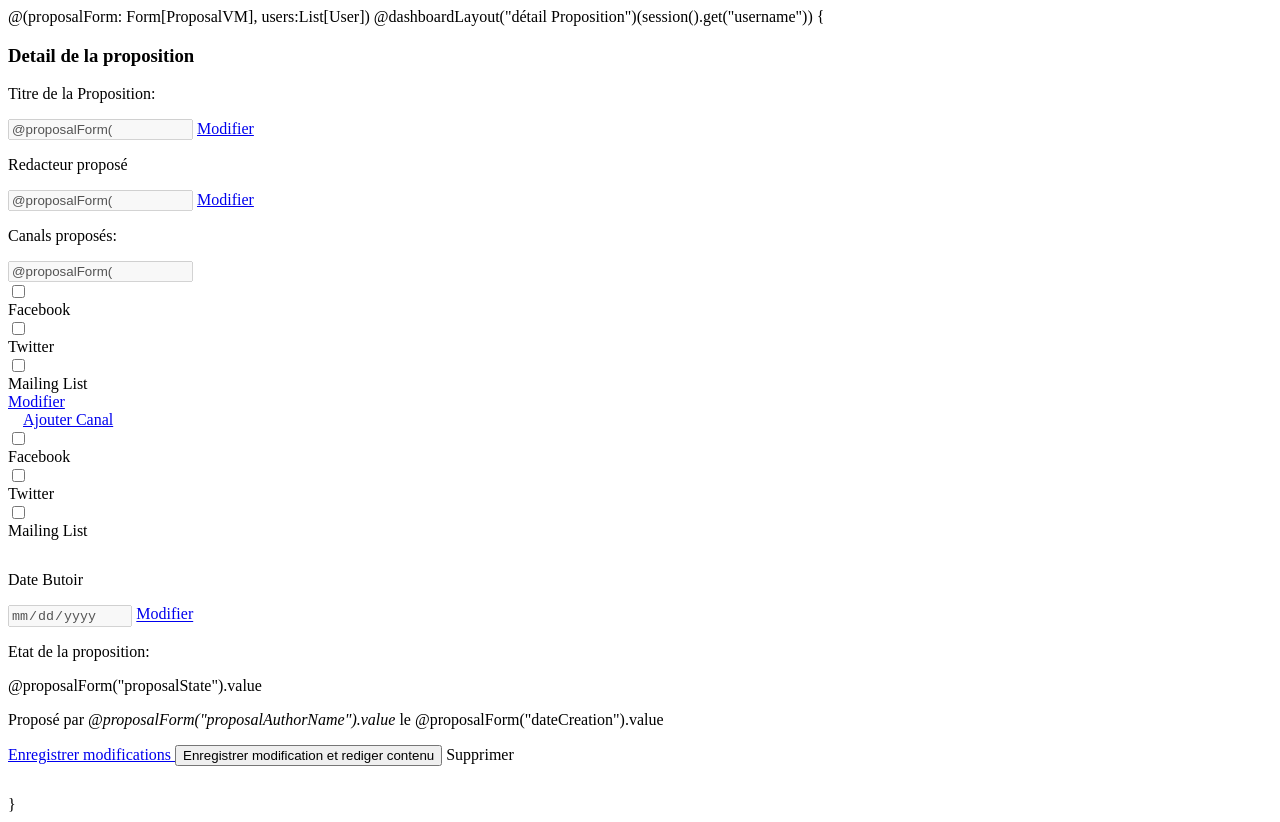
Repository: spirale-software/labo_master
Page: Application/oneDotCom/app/views/proposalDetail.scala.html
An editor plug-in stored every save of this project. The page is shown before and after the next save, followed by the edit.
The browser window is 1280 px wide. The pictures show the whole page.

Above is the page before, as saved 2017-04-11 19:53:03.

### Application/oneDotCom/app/views/proposalDetail.scala.html
@(proposalForm: Form[ProposalVM], users:List[User])

@dashboardLayout("détail Proposition")(session().get("username")) {
	<meta content="text/html; charset=UTF-8" http-equiv="Content-Type">

	<form action="@routes.ProposalController.editProposalAction" method="post">

	 <div class="panel panel-default detail-proposal-style">
                <div class="panel-heading">
                    <h3 class="panel-title">Detail de la proposition</h3>
                </div>
                <div class="panel-body">
                    <div class="panel panel-default" style="margin-top: 10px">
                        <div class="panel-body">
                            <p class="col-lg-3 col-md-3 ">Titre de la Proposition: </p>
                            <input type="text" class="col-lg-6 col-md-6" id="titleId" disabled
                            	value="@proposalForm("proposalName").value"  name="@proposalForm("proposalName").name">
                            <a class="col-lg-3 col-md-3 " href="#" onclick ="enabledTitleEdition()">Modifier</a>
                        </div>
                    </div>

                    <div class="panel panel-default">
                        <div class="panel-body">

                        	<p class="col-lg-3 col-md-3 ">Redacteur proposé </p>
                            <input type="text" class="col-lg-6 col-md-6" id="writerId" disabled
                            	value = "@proposalForm("proposedWriter").value"  name = "@proposalForm("proposedWriter").name">
                            <a class="col-lg-3 col-md-3 " href="#" onclick ="enabledWriterEdition()">Modifier</a>

                        </div>
                    </div>


                    <div class="panel panel-default">
                        <div class="panel-body">

                        	<p class="col-lg-3 col-md-3 ">Canals proposés: </p>
                            <input type="text" class="col-lg-6 col-md-6" id="channelsId" disabled
                            	value="@proposalForm("proposedChannels").value"  name="@proposalForm("proposedChannels").name">


                            <div class="row proposal-collapse col-lg-6 col-md-6 hidden" id="listChannels">

							    <div class="input-group">
							      <span class="input-group-addon">
							        <input type="checkbox"
							        	value="@proposalForm("facebookProposed").value"  name="@proposalForm("facebookProposed").name">
							      </span>
							      <div class=" form-control well well-sm">Facebook</div>
							    </div><!-- /input-group -->

							    <div class="input-group">
							      <span class="input-group-addon">
							        <input type="checkbox"
							        	value="@proposalForm("twitterProposed").value"  name="@proposalForm("twitterProposed").name">
							      </span>
							      <div class=" form-control well well-sm">Twitter</div>
							    </div><!-- /input-group -->

							    <div class="input-group">
							      <span class="input-group-addon">
							        <input type="checkbox"
							        	value="@proposalForm("mailingListProposed").value"  name="@proposalForm("mailingListProposed").name">
							      </span>
							      <div class=" form-control well well-sm">Mailing List</div>
							    </div><!-- /input-group -->

							</div><!-- /.row -->

                            <a class="col-lg-3 col-md-3" href="#" onclick ="enabledChannelsEdition()">Modifier</a>

                        </div>
                    </div>


                    <div class="panel panel-default">
                        <div class="panel-body" style="padding-bottom:15px">

                        	<a  role="button" data-toggle="collapse" href="#collapseExample" aria-expanded="false"
                        		aria-controls="collapseExample" style="margin-left:15px;">
  								Ajouter Canal
							</a>

							<div class="collapse" id="collapseExample">

  								<div class="input-group">
							      <span class="input-group-addon">
							        <input type="checkbox"
							        	value="@proposalForm("facebookAdded").value"  name="@proposalForm("facebookAdded").name">
							      </span>
							      <div class=" form-control well well-sm">Facebook</div>
							    </div><!-- /input-group -->

							    <div class="input-group">
							      <span class="input-group-addon">
							        <input type="checkbox"
							        	value="@proposalForm("twitterAdded").value"  name="@proposalForm("twitterAdded").name" >
							      </span>
							      <div class=" form-control well well-sm">Twitter</div>
							    </div><!-- /input-group -->

							    <div class="input-group">
							      <span class="input-group-addon">
							        <input type="checkbox"
							        	value="@proposalForm("mailingListAdded").value"  name="@proposalForm("mailingListAdded").name">
							      </span>
							      <div class=" form-control well well-sm">Mailing List</div>
							    </div><!-- /input-group -->
							</div>

                        </div>
                    </div>



                    <div class="panel panel-default">
                        <div class="panel-body">
                            <p class="col-lg-3 col-md-3 ">Date Butoir </p>
                            <input type="date" class="col-lg-6 col-md-6" id="dateId" disabled
                            	value="@proposalForm("deadLine").value"  name="@proposalForm("deadLine").name">
                            <a class="col-lg-3 col-md-3 " href="#" onclick ="enabledDateEdition()">Modifier</a>
                        </div>
                    </div>

                    <div class="panel panel-default">
                        <div class="panel-body">
                            <p class="col-lg-3 col-md-3 ">Etat de la proposition: </p>
                            <p class="col-lg-9 col-md-9">@proposalForm("proposalState").value</p>
                        </div>
                    </div>

                    <div class="panel panel-default">
                        <div class="panel-body">
                            <p>Proposé par <em class="text-primary">@proposalForm("proposalAuthorName").value</em>
                             	le @proposalForm("dateCreation").value</p>
                        </div>
                    </div>

                    <div style="margin-bottom: 30px">
	                	<a  href="@routes.ProposalController.editProposalAction" class="btn btn-primary" name="action" value="edit">
	                		Enregistrer modifications
	                	</a>

	                	<button type="button" class="btn btn-primary" name="action" value="editAndRedact">
	                		Enregistrer modification et rediger contenu
	                	</button>

	               		<a type="button" class="btn btn-danger" name="action" value="delete">
	               			Supprimer
	               		</a>

                    </div>

                </div>
            </div>

            </form>

            <script>
            	function enabledTitleEdition() {
            		document.getElementById("titleId").disabled =false;
            	}

            	function enabledWriterEdition() {
            		document.getElementById("writerId").disabled =false;
            	}

            	function enabledChannelsEdition() {
            		document.getElementById("channelsId").hidden =true;
            		document.getElementById("listChannels").className = "row proposal-collapse col-lg-6 col-md-6";
            	}

            	function enabledDateEdition() {
            		document.getElementById("dateId").disabled =false;
            	}

            </script>




}

After the next save:
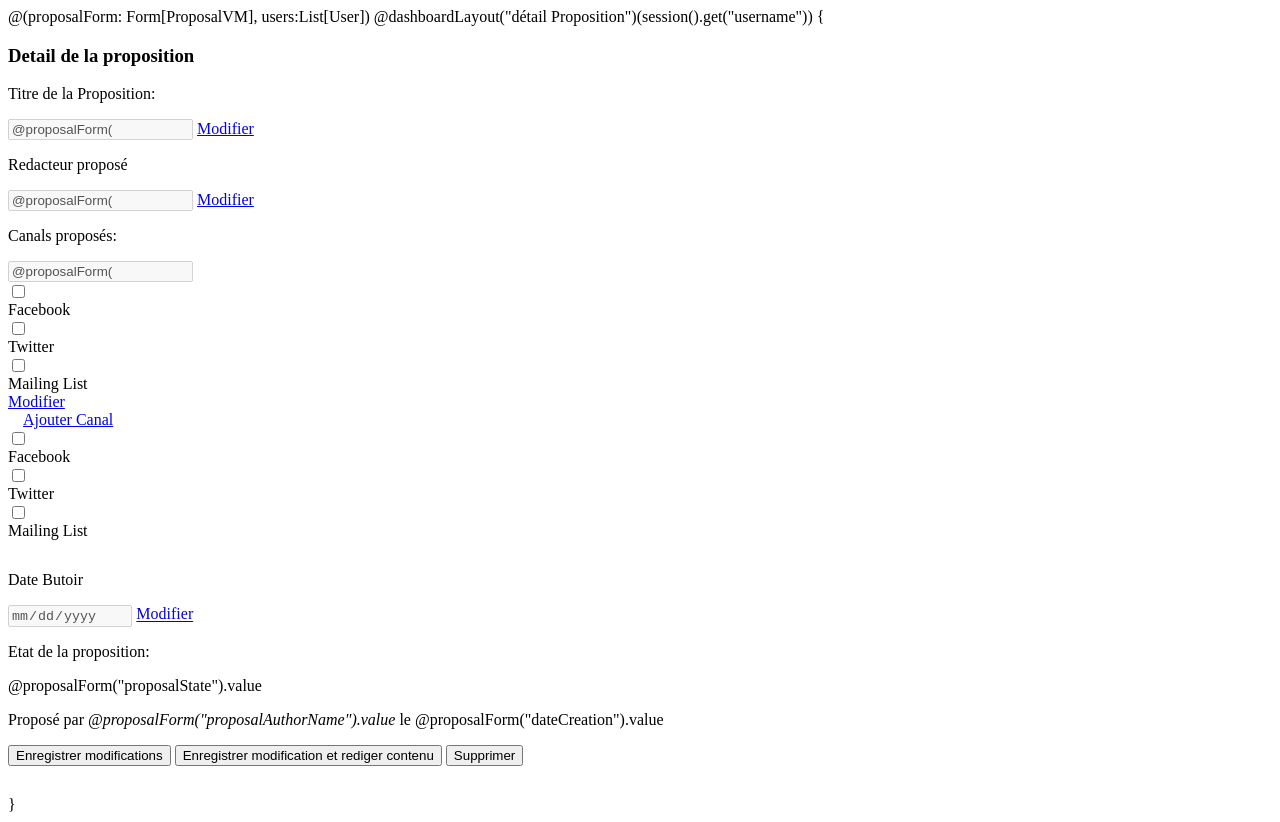
Saved 76 s later.
--- a/Application/oneDotCom/app/views/proposalDetail.scala.html
+++ b/Application/oneDotCom/app/views/proposalDetail.scala.html
@@ -137,17 +137,17 @@
                     </div>
 
                     <div style="margin-bottom: 30px">
-	                	<a  href="@routes.ProposalController.editProposalAction" class="btn btn-primary" name="action" value="edit">
+	                	<button type="submit" class="btn btn-primary" name="action" value="edit">
 	                		Enregistrer modifications
-	                	</a>
+	                	</button>
 
-	                	<button type="button" class="btn btn-primary" name="action" value="editAndRedact">
+	                	<button type="submit" class="btn btn-primary" name="action" value="editAndRedact">
 	                		Enregistrer modification et rediger contenu
 	                	</button>
 
-	               		<a type="button" class="btn btn-danger" name="action" value="delete">
+	               		<button type="submit" class="btn btn-danger" name="action" value="delete">
 	               			Supprimer
-	               		</a>
+	               		</button>
 
                     </div>
 
